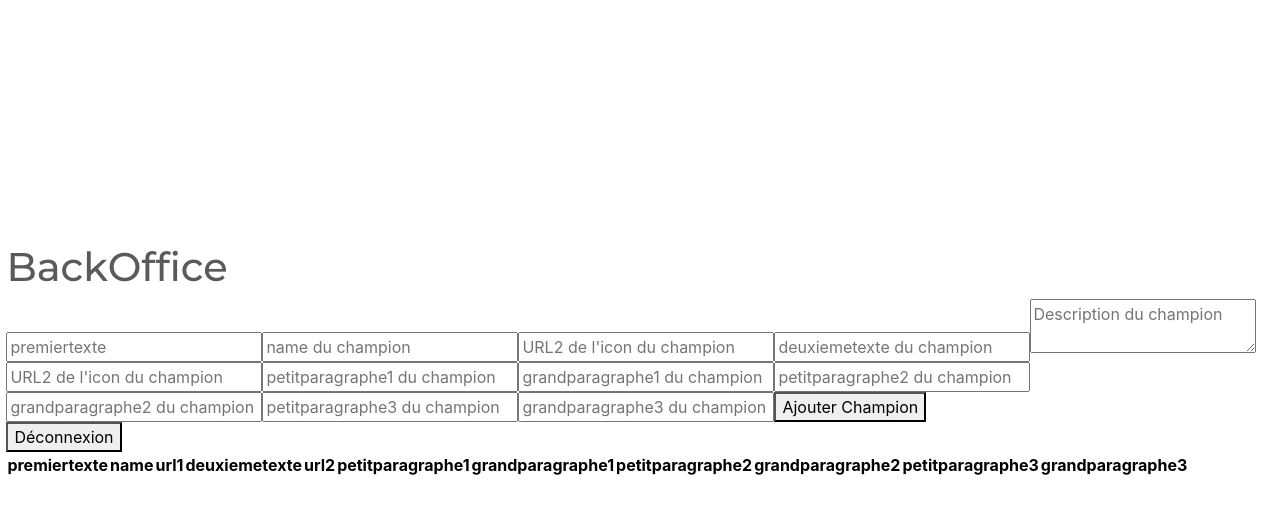
Repository: AdilGHAZAL/MosaiqueWebdoc
Page: /backoffice
An editor plug-in stored every save of this project. The page is shown before and after the next save, followed by the edit.
The browser window is 1280 px wide. The pictures show the whole page.
The page's requests for data from a server got no answer. Some web fonts or font styles are not loaded; a fallback is used. Some web libraries are served in a nearby version. The project was rebuilt for these pictures with package versions that can differ from the ones it lists, and the page was loaded fresh each time. No one was signed in, and anything a server would have sent is missing. Also part of the build but not shown: vite.config.js, src/App.css, src/components/Navbar.css, src/components/Navbar.jsx, src/components/Athletes.css, src/components/Athletes.jsx, src/components/Athletes2.jsx, src/components/Athletes3.jsx and 18 more.

Above is the page before, as saved 2024-05-02 18:55:21.

### index.html
<!doctype html>
<html lang="en">
  <head>
    <meta charset="UTF-8" />
    <link rel="icon" type="image/svg+xml" href="./src/logos/logoMosaique.svg" />
    <meta name="viewport" content="width=device-width, initial-scale=1.0" />
    <title>Mosaique</title>
    <link rel="preconnect" href="https://fonts.googleapis.com">
<link rel="preconnect" href="https://fonts.gstatic.com" crossorigin>
<link href="https://fonts.googleapis.com/css2?family=Mina:wght@400;700&display=swap" rel="stylesheet">
<link rel="stylesheet" href="https://cdn.jsdelivr.net/npm/bootswatch@4.5.2/dist/minty/bootstrap.min.css">
  </head>
  <body>
    <div id="root"></div>
    <script type="module" src="/src/main.jsx"></script>
  </body>
</html>

### src/App.jsx
// App.jsx
import React from 'react';
import { BrowserRouter as Router, Routes, Route} from 'react-router-dom';
import './App.css'; // Import the CSS file
import HomePage from './components/HomePage';
import Athlete1 from './Athelete1/Athlete1'; // Import the NouvellePage component
import LoginScreen from './LoginScreen';
import MainView from './backoffice';
import TrainingPage from './TrainingPage';
const App = () => {
    return (
        <Router>

                <Routes>
                    <Route path="/" element={<HomePage/>} />
                    <Route path="/Athlete1" element={<Athlete1/>} />
                    <Route path="/login" element={<LoginScreen/>  }/>
                    <Route path='/backoffice'element={<MainView/>}/>
                </Routes>

        </Router>
    );
};

export default App;

### src/index.css
:root {
  --rose: #E9257F

}

### src/backoffice.jsx
import React, { useState, useEffect } from 'react';
import { getFirestore, collection, addDoc, getDocs, deleteDoc, doc, updateDoc } from "firebase/firestore";
import { getAuth, signOut } from "firebase/auth";
import "./firebaseConfig"

export default function MainView() {
  const [champions, setChampions] = useState([]);
  const [championData, setChampionData] = useState({
    premiertexte: '',
    name: '',
    url1: '',
    deuxiemetexte: '',
    url2: '',
    petitparagraphe1: '',
    grandparagraphe1: '',
    petitparagraphe2: '',
    grandparagraphe2: '',
    petitparagraphe3: '',
    grandparagraphe3: '',
  });
  const [editingChampionId, setEditingChampionId] = useState(null);
  const auth = getAuth();
  const firestore = getFirestore();

  useEffect(() => {
    const fetchChampions = async () => {
      const championsSnapshot = await getDocs(collection(firestore, "champions"));
      const championsData = championsSnapshot.docs.map(doc => ({ id: doc.id, ...doc.data() }));
      setChampions(championsData);
    };

    fetchChampions();
  }, [firestore]);

  const handleInputChange = (e) => {
    const { name, value } = e.target;
    setChampionData({ ...championData, [name]: value });
  };

  const handleAddChampion = async (e) => {
    e.preventDefault();
    try {
      await addDoc(collection(firestore, "champions"), championData);
      console.log("Champion ajouté avec succès");
      // Réinitialiser les données du champion après l'ajout réussi
      setChampionData({
        premiertexte: '',
    name: '',
    url1: '',
    deuxiemetexte: '',
    url2: '',
    petitparagraphe1: '',
    grandparagraphe1: '',
    petitparagraphe2: '',
    grandparagraphe2: '',
    petitparagraphe3: '',
    grandparagraphe3: '',
      });
    } catch (error) {
      console.error("Erreur lors de l'ajout du champion :", error);
    }
  };


  const handleEditChampion = (champion) => {
    setEditingChampionId(champion.id);
    setChampionData({
        premiertexte: champion.premiertexte,
    name: champion.name,
    url1: champion.url1,
    deuxiemetexte: champion.deuxiemetexte,
    url2: champion.url2,
    petitparagraphe1: champion.petitparagraphe1,
    grandparagraphe1: champion.grandparagraphe1,
    petitparagraphe2: champion.petitparagraphe2,
    grandparagraphe2: champion.grandparagraphe2,
    petitparagraphe3: champion.petitparagraphe3,
    grandparagraphe3: champion.grandparagraphe3,
    });
  };

  const handleUpdateChampion = async () => {
    try {
      await updateDoc(doc(firestore, "champions", editingChampionId), {
        premiertexte: championData.premiertexte,
    name: championData.name,
    url1: championData.url1,
    deuxiemetexte: championData.deuxiemetexte,
    url2: championData.url2,
    petitparagraphe1: championData.petitparagraphe1,
    grandparagraphe1: championData.grandparagraphe1,
    petitparagraphe2: championData.petitparagraphe2,
    grandparagraphe2: championData.grandparagraphe2,
    petitparagraphe3: championData.petitparagraphe3,
    grandparagraphe3: championData.grandparagraphe3,
      });
      console.log("Champion mis à jour avec succès");
      // Mettre à jour le tableau des champions après la mise à jour
      const updatedChampions = champions.map(champion => {
        if (champion.id === editingChampionId) {
          return {
            ...champion,
            premiertexte: championData.premiertexte,
    name: championData.name,
    url1: championData.url1,
    deuxiemetexte: championData.deuxiemetexte,
    url2: championData.url2,
    petitparagraphe1: championData.petitparagraphe1,
    grandparagraphe1: championData.grandparagraphe1,
    petitparagraphe2: championData.petitparagraphe2,
    grandparagraphe2: championData.grandparagraphe2,
    petitparagraphe3: championData.petitparagraphe3,
    grandparagraphe3: championData.grandparagraphe3,
          };
        }
        return champion;
      });
      setChampions(updatedChampions);
      // Réinitialiser les données du champion après la mise à jour réussie
      setChampionData({
        premiertexte: '',
    name: '',
    url1: '',
    deuxiemetexte: '',
    url2: '',
    petitparagraphe1: '',
    grandparagraphe1: '',
    petitparagraphe2: '',
    grandparagraphe2: '',
    petitparagraphe3: '',
    grandparagraphe3: '',
      });
      setEditingChampionId(null);
    } catch (error) {
      console.error("Erreur lors de la mise à jour du champion :", error);
    }
  };

  const handleDeleteChampion = async (id) => {
    try {
      await deleteDoc(doc(firestore, "champions", id));
      console.log("Champion supprimé avec succès");
      // Mettre à jour la liste des champions après la suppression
      setChampions(champions.filter(champion => champion.id !== id));
    } catch (error) {
      console.error("Erreur lors de la suppression du champion :", error);
    }
  };

  const handleSignOut = () => {
    signOut(auth)
      .then(() => {
        console.log("Déconnexion réussie");
        // Naviguer vers la pweight de connexion après la déconnexion
      })
      .catch((error) => {
        console.error("Erreur lors de la déconnexion :", error);
      });
  };

  return (
    <>
    <div style={{width:'99vw'}}>
      <h1>BackOffice</h1>
      <form onSubmit={editingChampionId ? handleUpdateChampion : handleAddChampion}>
      <input type="text" name="premiertexte" value={championData.premiertexte} onChange={handleInputChange} placeholder="premiertexte" required />
        <input type="text" name="name" value={championData.name} onChange={handleInputChange} placeholder="name du champion" required />
        <input type="url" name="url1" value={championData.url1} onChange={handleInputChange} placeholder="URL2 de l'icon du champion" required />
        <input type="text" name="deuxiemetexte" value={championData.deuxiemetexte} onChange={handleInputChange} placeholder="deuxiemetexte du champion" required />
        <textarea name="description" value={championData.description} onChange={handleInputChange} placeholder="Description du champion" required />
        <input type="url" name="url2" value={championData.url2} onChange={handleInputChange} placeholder="URL2 de l'icon du champion" />
        <input type="text" name="petitparagraphe1" value={championData.petitparagraphe1} onChange={handleInputChange} placeholder="petitparagraphe1 du champion" required />
        <input type="text" name="grandparagraphe1" value={championData.grandparagraphe1} onChange={handleInputChange} placeholder="grandparagraphe1 du champion" required />
        <input type="text" name="petitparagraphe2" value={championData.petitparagraphe2} onChange={handleInputChange} placeholder="petitparagraphe2 du champion" required />
        <input type="text" name="grandparagraphe2" value={championData.grandparagraphe2} onChange={handleInputChange} placeholder="grandparagraphe2 du champion" required />
        <input type="text" name="petitparagraphe3" value={championData.petitparagraphe3} onChange={handleInputChange} placeholder="petitparagraphe3 du champion" required />
        <input type="text" name="grandparagraphe3" value={championData.grandparagraphe3} onChange={handleInputChange} placeholder="grandparagraphe3 du champion" required />
        <button type="submit">{editingChampionId ? "Mettre à jour Champion" : "Ajouter Champion"}</button>
      </form>
      <button title='Déconnexion' onClick={handleSignOut}>Déconnexion</button>

      <table>
        <thead>
          <tr>
          <th>premiertexte</th>
            <th>name</th>
            <th>url1</th>
            <th>deuxiemetexte</th>
            <th>url2</th>
            <th>petitparagraphe1</th>
            <th>grandparagraphe1</th>
            <th>petitparagraphe2</th>
            <th>grandparagraphe2</th>
            <th>petitparagraphe3</th>
            <th>grandparagraphe3</th>
          </tr>
        </thead>
        <tbody>
          {champions.map((champion) => (
            <tr key={champion.id}>
              <td>{champion.premiertexte}</td>
              <td>{champion.name}</td>
              <td>{champion.url1}</td>
              <td>{champion.deuxiemetexte}</td>
              <td>{champion.url2}</td>
              <td>{champion.petitparagraphe1}</td>
              <td>{champion.grandparagraphe1}</td>
              <td>{champion.petitparagraphe2}</td>
              <td>{champion.grandparagraphe2}</td>
              <td>{champion.petitparagraphe3}</td>
              <td>{champion.grandparagraphe3}</td>
              <td>
                <button onClick={() => handleDeleteChampion(champion.id)}>Supprimer</button>
                <button onClick={() => handleEditChampion(champion)}>Modifier</button>
              </td>
            </tr>
          ))}
        </tbody>
      </table>
      </div>
    </>
  );
}

### src/components/HomePage.css
/* App.css */
body {
    margin: 0;
    background-color: #ffffff;
    color: #000000;
    display: flex;
    flex-direction: column;
    align-items: center;
    justify-content: center;
    min-height: 100vh;

  }

  .app-container {
      font-family: "SF Pro Display-Medium", Helvetica;
    width: 100vw;
    height: 100%;
    min-height: 100vh;
    /*  background-image: url('./assets/ub1.png');*/
    display: flex;
    flex-direction: column;
    margin: auto;
    background-color: #ffffff;
  }

  .main-title {
    font-family: 'SF Pro Display', sans-serif;
    font-size: 70px;
    font-weight: 500;
    line-height: 83.54px;
    text-align: center;
    margin-top: 100px;
  }

  .bold-text {
    font-weight: 700;
  }

  .content {
    padding: 20px;
    width: 100%;
    max-width: 1200px;
    margin: auto;

  }

  .UBimage {
    width: auto;
  }

  .bottom-text {
    font-size: 18px;
    text-align: center;
    margin-top: 30px;
  }
  .scroll-reveal > * {
    /* text-align: justify; */
    display: inline;
    color:hsl(0deg 22.14% 64.8% / 20%);
    font-size: 60px;
    font-weight: 500;
    background-clip: text;
    background-repeat: no-repeat;
    background-size: 0% 100%;
    background-image: linear-gradient( #E9257F, #ce1f71 );
    animation: scroll-reveal linear forwards;
    animation-timeline: view();
  }

  .scroll-text {

    text-align: justify;
  }
  @keyframes scroll-reveal {
    to {
      background-size: 100% 100%;
    }
  }
  .scroll-reveal p {
    /* font-family: SF Pro Display; */


  }

  .scrollPhotos {
    display: flex;
    justify-content: flex-start; /* Align photos to the maximum left */
    width: 100%;
    overflow-x: auto; /* Enable horizontal scrolling if photos exceed container width */
    padding: 20px 0; /* Optional padding */
  }

### src/firebaseConfig.jsx
// Import the functions you need from the SDKs you need
import { initializeApp } from "firebase/app";
import { getAuth } from "firebase/auth";
import { getFirestore } from "firebase/firestore";
// TODO: Add SDKs for Firebase products that you want to use
// https://firebase.google.com/docs/web/setup#available-libraries

// Your web app's Firebase configuration
const firebaseConfig = {
  apiKey: "AIzaSyAUMnE3uMe61y8NbS4tX2Nn4PoW8VoGS0U",
  authDomain: "webdoc-a4a03.firebaseapp.com",
  projectId: "webdoc-a4a03",
  storageBucket: "webdoc-a4a03.appspot.com",
  messagingSenderId: "931293814028",
  appId: "1:931293814028:web:5bc01cfec675ae5bf27d29"
};

// Initialize Firebase
export const FIREBASE_APP = initializeApp(firebaseConfig);
export const FIREBASE_AUTH=getAuth(FIREBASE_APP)
export const db=getFirestore(FIREBASE_APP)

Loaded but not shown: src/main.jsx (common file)

After the next save:
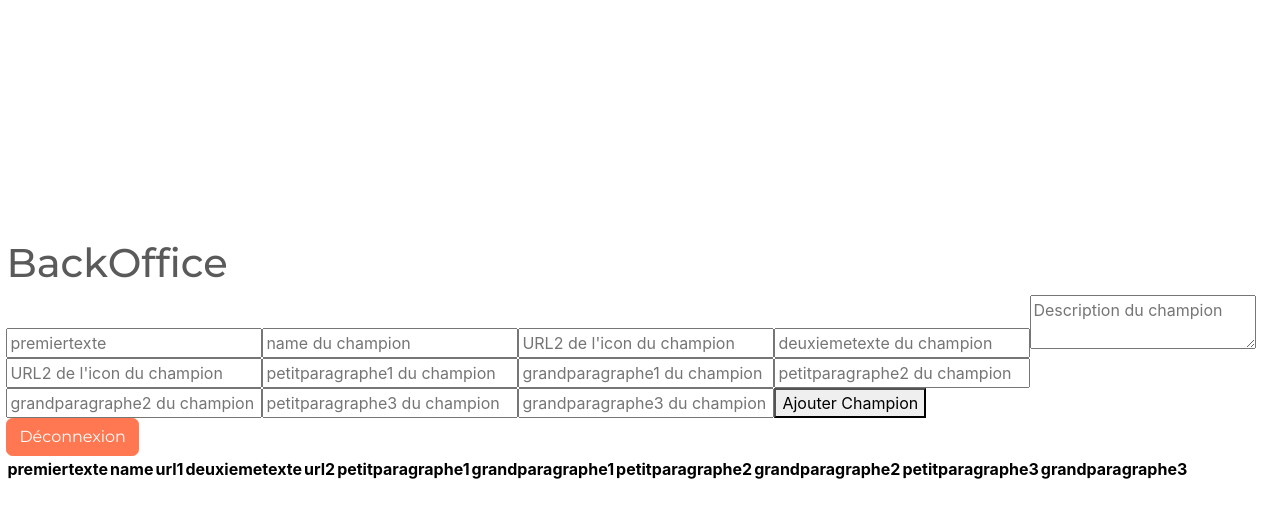
Saved 24 s later.
--- a/src/backoffice.jsx
+++ b/src/backoffice.jsx
@@ -163,7 +163,7 @@ export default function MainView() {
     <div style={{width:'99vw'}}>
       <h1>BackOffice</h1>
       <form onSubmit={editingChampionId ? handleUpdateChampion : handleAddChampion}>
-      <input type="text" name="premiertexte" value={championData.premiertexte} onChange={handleInputChange} placeholder="premiertexte" required />
+        <input type="text" name="premiertexte" value={championData.premiertexte} onChange={handleInputChange} placeholder="premiertexte" required />
         <input type="text" name="name" value={championData.name} onChange={handleInputChange} placeholder="name du champion" required />
         <input type="url" name="url1" value={championData.url1} onChange={handleInputChange} placeholder="URL2 de l'icon du champion" required />
         <input type="text" name="deuxiemetexte" value={championData.deuxiemetexte} onChange={handleInputChange} placeholder="deuxiemetexte du champion" required />
@@ -177,7 +177,7 @@ export default function MainView() {
         <input type="text" name="grandparagraphe3" value={championData.grandparagraphe3} onChange={handleInputChange} placeholder="grandparagraphe3 du champion" required />
         <button type="submit">{editingChampionId ? "Mettre à jour Champion" : "Ajouter Champion"}</button>
       </form>
-      <button title='Déconnexion' onClick={handleSignOut}>Déconnexion</button>
+      <button className='btn btn-danger' title='Déconnexion' onClick={handleSignOut}>Déconnexion</button>
 
       <table>
         <thead>
